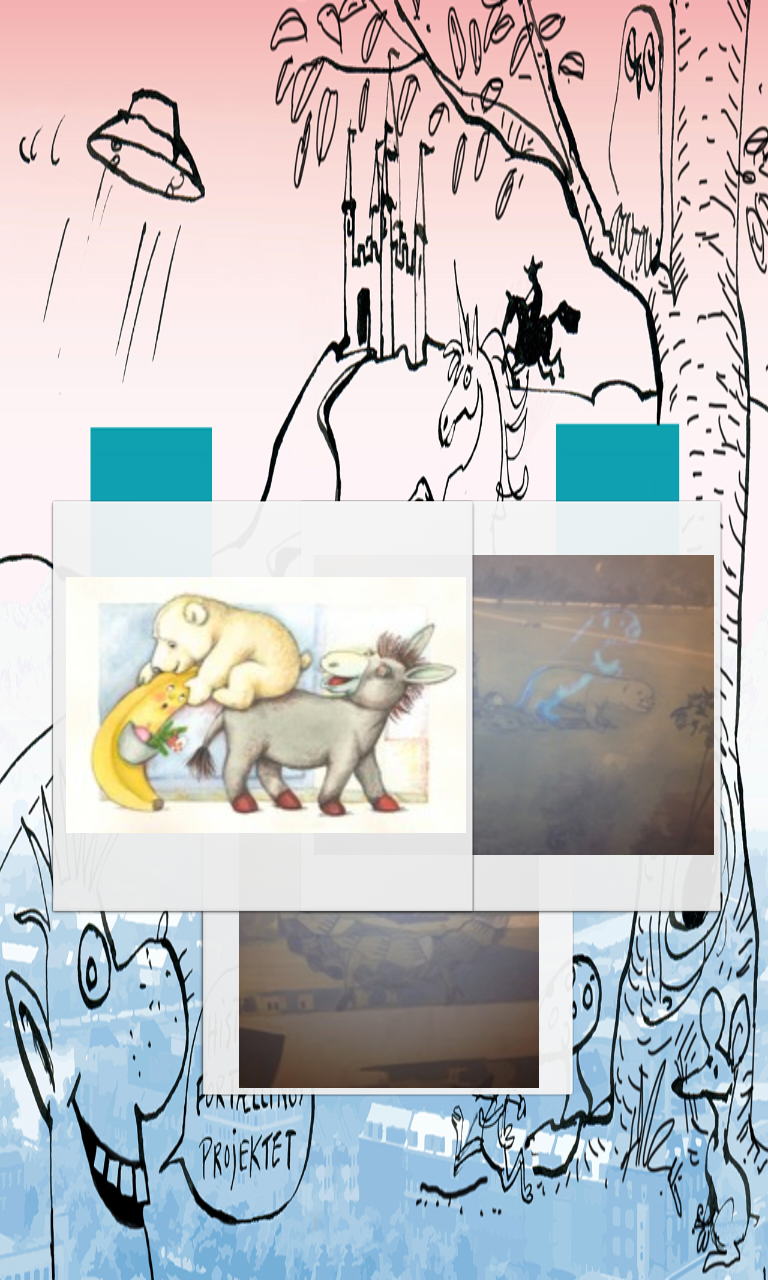
Repository: DreadMuffin/work
Layout: tablets/Historie/res/layout/activity_historie.xml
An editor plug-in stored every save of this project. The layout is shown before and after the next save, followed by the edit.
It is drawn on a 768 x 1280 px phone screen (xhdpi) without system bars, with theme android:Theme.NoTitleBar; the app's code is not run.

Above is the layout before, as saved 2015-02-26 05:23:57.

### tablets/Historie/res/layout/activity_historie.xml
<RelativeLayout xmlns:android="http://schemas.android.com/apk/res/android"
    xmlns:tools="http://schemas.android.com/tools"
    android:layout_width="match_parent"
    android:layout_height="match_parent"
    android:background="@drawable/wphis"
    tools:context=".Historie" >


    <Button
        android:id="@+id/button_1"
        style="?android:attr/buttonStyleSmall"
        android:layout_width="260dp"
        android:layout_height="190dp"
        android:layout_alignParentBottom="true"
        android:layout_centerHorizontal="true"
        android:layout_marginBottom="125dp"
        android:rotation="90"
        android:drawableRight="@drawable/elvira200" />

    <Button
        android:id="@+id/button_2"
        style="?android:attr/buttonStyleSmall"
        android:layout_width="215dp"
        android:layout_height="210dp"
        android:layout_alignParentLeft="true"
        android:layout_alignParentTop="true"
        android:layout_marginLeft="148dp"
        android:layout_marginTop="250dp"
        android:drawableRight="@drawable/odder200" />

    <Button
        android:id="@+id/button_3"
        style="?android:attr/buttonStyleSmall"
        android:layout_width="215dp"
        android:layout_height="210dp"
        android:layout_alignParentRight="true"
        android:layout_alignParentTop="true"
        android:layout_marginRight="145dp"
        android:layout_marginTop="250dp"
        android:drawableRight="@drawable/bjorni200" />

</RelativeLayout>

After the next save:
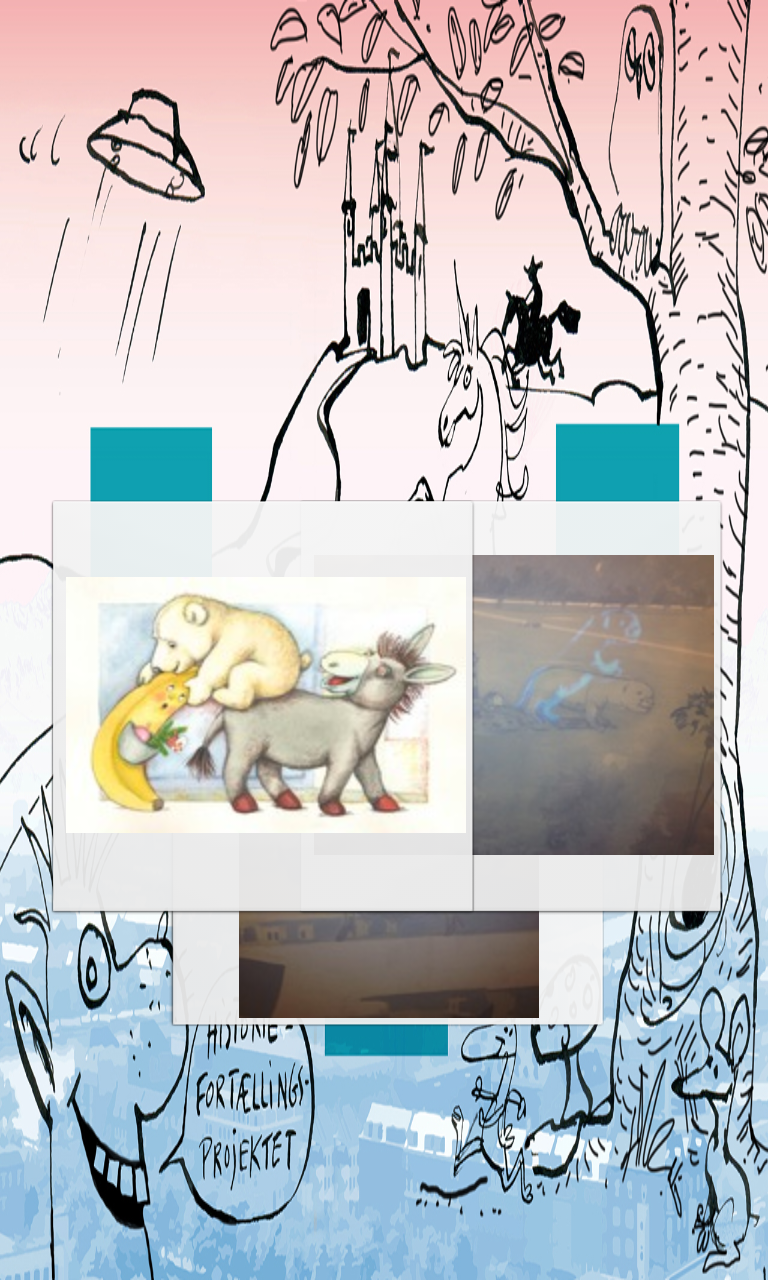
Saved 38 s later.
--- a/tablets/Historie/res/layout/activity_historie.xml
+++ b/tablets/Historie/res/layout/activity_historie.xml
@@ -9,8 +9,8 @@
     <Button
         android:id="@+id/button_1"
         style="?android:attr/buttonStyleSmall"
-        android:layout_width="260dp"
-        android:layout_height="190dp"
+        android:layout_width="220dp"
+        android:layout_height="220dp"
         android:layout_alignParentBottom="true"
         android:layout_centerHorizontal="true"
         android:layout_marginBottom="125dp"
